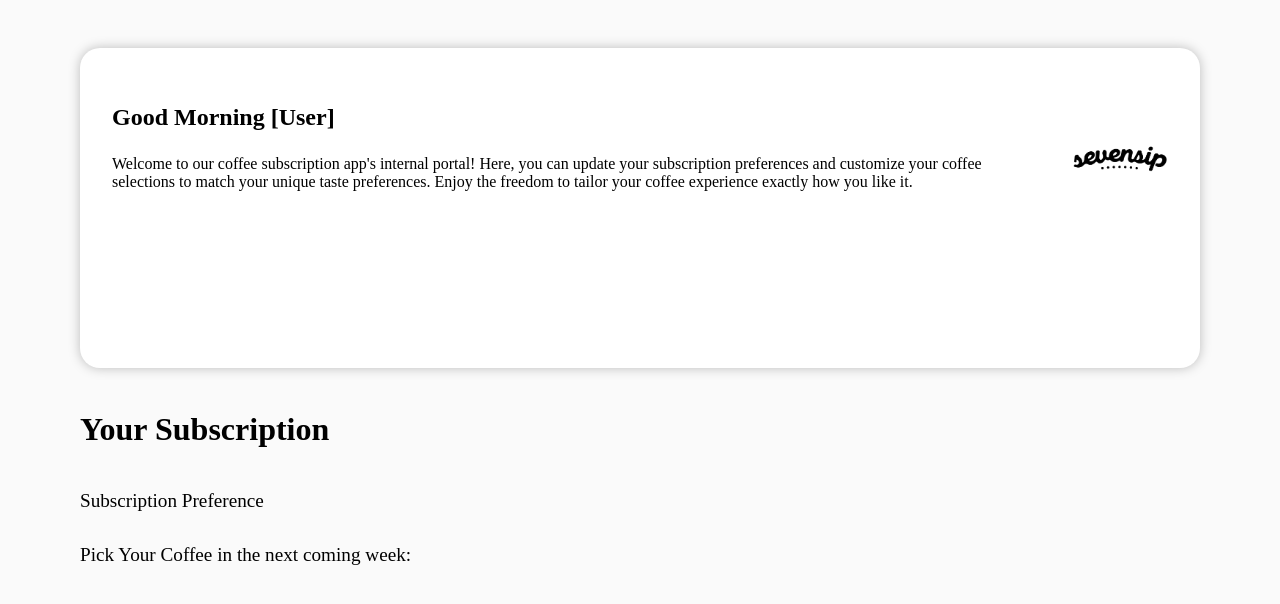
Repository: Haydenleung/COMP-4170-Final-Project
Page: http://localhost/main
These files come from the project's save history. The page is drawn as it stood at one moment and after the next save; the edit follows.
The browser window is 1280 px wide. The pictures show the whole page.
The page is served by the project's Node server (app.js).

Above is the page before, as saved 2024-03-22 17:43:00.

### views/main.ejs
<%- include('partials/header') %>


    <div class="main-container">
        <div class="main-subcontainer">
            <div class="main-welcome">
                <div class="main-greeting">
                    <h3>Good Morning [User]</h3>
                    <p>Welcome to our coffee subscription app's internal portal! Here, you can update your subscription
                        preferences and customize your coffee selections to match your unique taste preferences. Enjoy
                        the freedom to tailor your coffee experience exactly how you like it.</p>
                </div>
                <div class="main-feature"></div>
            </div>
            <div class="logo">
                <img class="logo" src="/images/logo.png" alt="company logo" />

            </div>
        </div>
        <div class="main-content">
            <h4>Your Subscription</h4>
            <div>
                <h5>Subscription Preference</h5>
                <div></div>
            </div>
            <div>
                <h5>Pick Your Coffee in the next coming week:</h5>
                <div></div>
            </div>
        </div>
    </div>

    <%- include('partials/footer') %>

### views/partials/header.ejs
<!DOCTYPE html>
<html lang="en">

<head>
    <meta charset="UTF-8" />
    <meta http-equiv="X-UA-Compatible" content="IE=edge" />
    <meta name="viewport" content="width=device-width, initial-scale=1.0" />
    <link rel="stylesheet" href="styles/main.css" />
    <title>Subscriber Portal</title>
</head>

<body>
    <main>

### app.js
import express from "express";
import pg from "pg";

const app = express();
const port = 3000;

app.set('view engine', 'ejs');

app.use(express.urlencoded({ extended: true }));
app.use(express.static("public"));

app.get("/", (req, res) => {
    res.render("index.ejs");
});

app.get("/register", (req, res) => {
    res.render("register.ejs");
});

app.get("/main", (req, res) => {
    res.render("main.ejs");
});

app.listen(port, () => {
    console.log(`Server running on port ${port}`);
});

### public/styles/main.css
* {
    box-sizing: border-box;
    font-family: "Montserrat";
}

html {
    background-color: #FAFAFA;
    height: 100vh;
    padding: 0;
    margin: 0;
}

body {
    display: flex;
    flex-direction: column;
    padding: 0;
    margin: 0;
    height: 100%;
}

main {
    display: flex;
    flex-grow: 1;
}

.home {
    display: flex;
    flex-direction: row;
    height: 100%;
    width: 100%;
}

.photo {
    object-fit: cover;
    width: 100%;
    height: 100%;
    border-radius: 0 20px 20px 0;
}

.home-photo {
    height: 100%;
    flex-grow: 1;
    overflow: hidden;
}

.home-login {
    min-width: 40rem;
    display: flex;
    flex-direction: column;
    justify-content: center;
    align-items: center;
}

.login-container {
    width: 100%;
    height: 100%;
    display: flex;
    flex-direction: column;
    justify-content: center;
    align-items: center;
    padding: 1rem 8rem;
}

.logo {
    width: 10rem;
    margin-bottom: 4rem;
}

.form-container {
    display: flex;
    flex-direction: column;
    align-items: center;
    /* background-color: grey; */
    width: 100%;
    margin-bottom: 1.5rem;
}

h3 {
    font-size: 1.5em;
}

.form-title {
    text-align: center;
    margin-bottom: 3rem;
}

.form-main {
    width: 100%;
    display: flex;
    flex-direction: column;
    align-items: center;
    gap: 1.5rem;
}

.login-form {
    width: 100%;
}

.login-button {
    width: 100%;
    display: flex;
    flex-direction: column;
    gap: 1.5rem;
    margin-top: 2rem;
}

.forminput {
    width: 100%;
    height: 3rem;
    background-color: transparent;
    border: none;
    border-bottom: 1px solid black;
    padding: 1rem;
    font-size: 1em;
}

.forminput:focus {
    outline: none;
}

.submitbtn,
.regbtn {
    width: 100%;
    height: 3rem;
    border-radius: 6px;
    border: none;
    font-size: 1em;
    font-weight: 600;
    color: white;
    cursor: pointer;
    text-decoration: none;
    display: flex;
    justify-content: center;
    align-items: center;
}

.submitbtn {
    background-color: #73AC92;
}

.regbtn {
    background-color: #969696
}

.regisblue {
    background-color: #3EA1DB;
}

/* Main */

.main-container {
    width: 100%;
    display: flex;
    flex-direction: column;
    align-items: center;
    padding: 3rem 5rem;
}

.main-subcontainer {
    width: 100%;
    height: 20rem;
    background-color: white;
    border-radius: 15pt;
    box-shadow: 0 0 12px rgba(0, 0, 0, 0.25);
    display: flex;
    flex-direction: row;
    padding: 2rem;
}

.main-welcome {
    flex-grow: 1;
    display: flex;
    flex-direction: column;
}

.logo {
    padding: 2rem;
}

.main-content {
    width: 100%;
}

h4 {
    font-size: 2em;
}

h5 {
    font-size: 1.2em;
    font-weight: 400;
}

Loaded but not shown: views/partials/footer.ejs (common file)

After the next save:
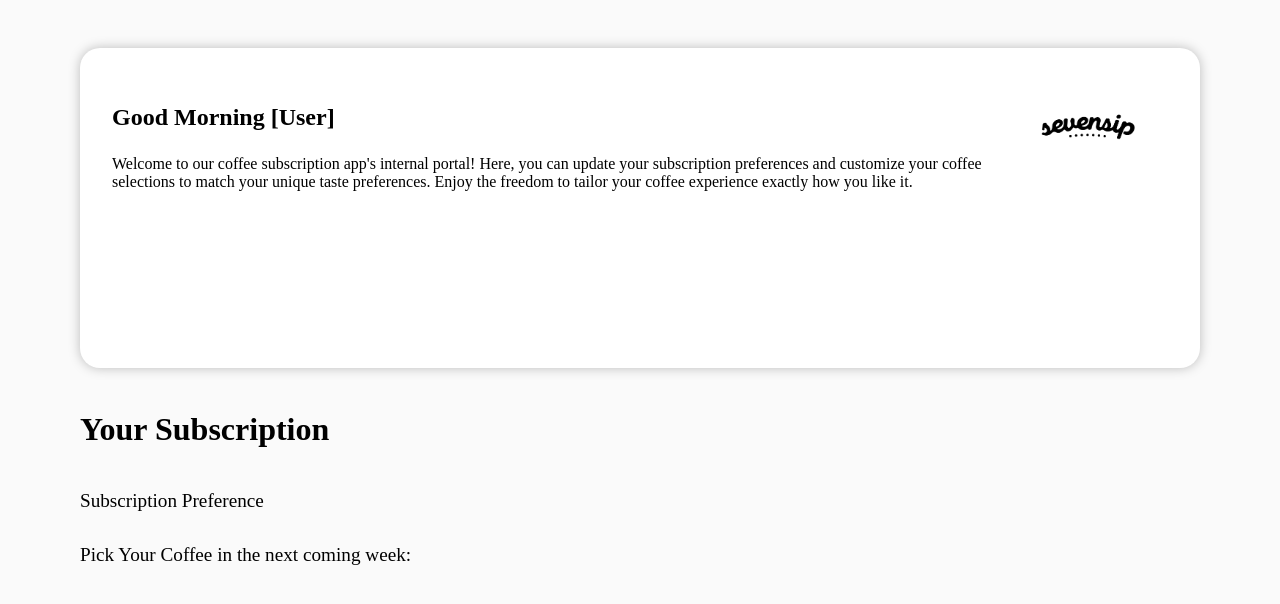
Saved 13 s later.
--- a/views/main.ejs
+++ b/views/main.ejs
@@ -12,7 +12,7 @@
                 </div>
                 <div class="main-feature"></div>
             </div>
-            <div class="logo">
+            <div class="main-logo">
                 <img class="logo" src="/images/logo.png" alt="company logo" />
 
             </div>
